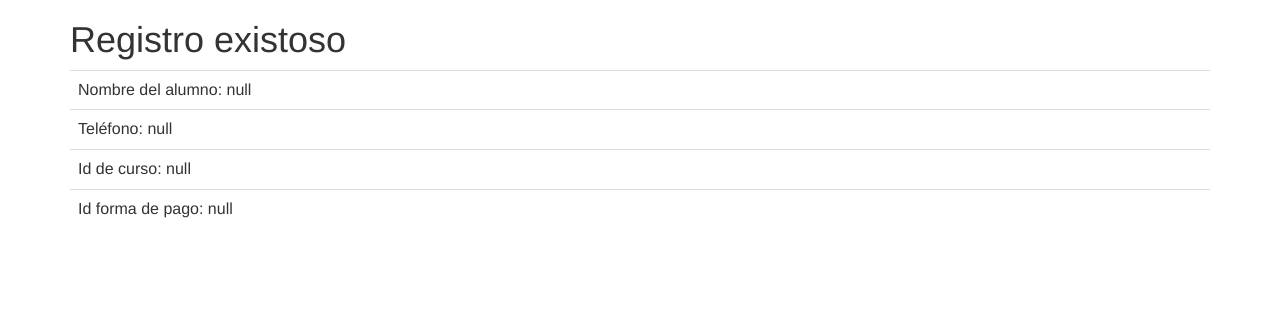
Repository: MarceArratia/ProyectosJava
Page: http://localhost/ListarInscripciones/preConfirmacion
The author's editor kept a copy of each file at every save. The page is drawn from the files as they stood at one save, then again after the next save.
The browser window is 1280 px wide. The pictures show the whole page.
The page is served by Tomcat 9.

Above is the page before, as saved 2020-07-29 01:55:54.

After the next save:
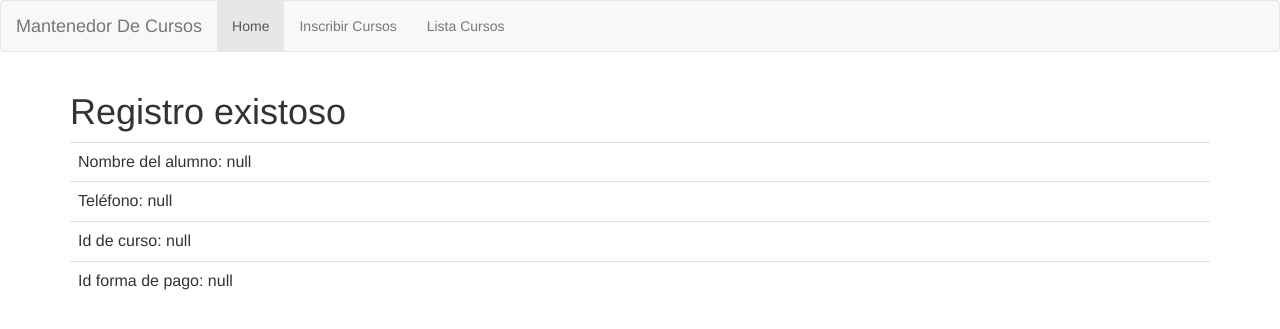
Saved 34 s later.
--- a/ListarInscripciones/WebContent/confirmacion.jsp
+++ b/ListarInscripciones/WebContent/confirmacion.jsp
@@ -16,6 +16,18 @@
 <title>Confirmacion</title>
 </head>
 <body>
+<nav class="navbar navbar-default">
+<div class="container-fluid">
+<div class="navbar-header">
+<a class="navbar-brand" href="#">Mantenedor De Cursos</a>
+</div>
+<ul class="nav navbar-nav">
+<li class="active"><a href="preListarInscripciones">Home</a></li>
+<li><a href="preInscripcion">Inscribir Cursos</a></li>
+<li><a href="preListarInscripciones">Lista Cursos</a></li>
+</ul>
+</div>
+</nav>
 <div class="container">
 
    <h1>Registro existoso</h1>
